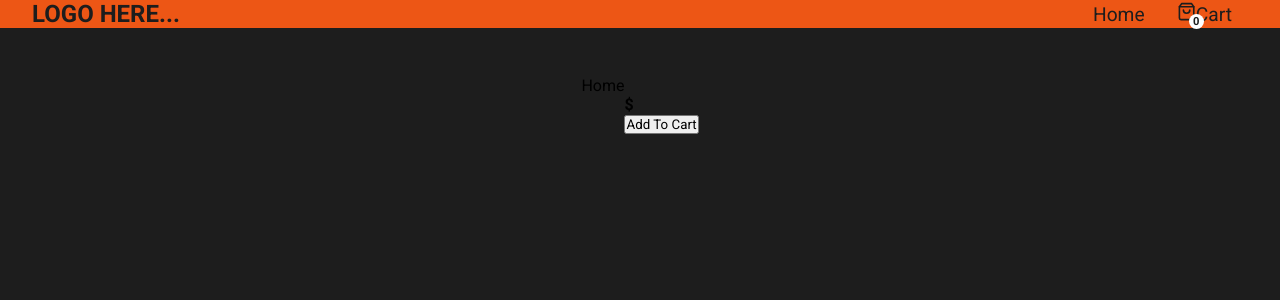
Repository: suraj-yadav7/eCommerce-Cart-React
Page: /
An editor plug-in stored every save of this project. The page is shown before and after a run of saves, followed by the edit.
The browser window is 1280 px wide. The pictures show the whole page.
The project was rebuilt for these pictures with package versions that can differ from the ones it lists, and the page was loaded fresh each time.

Above is the page before, as saved 2023-03-25 20:56:14.

### src/App.js
import "./styles/app.scss";
import { BrowserRouter as Router,Routes, Route} from "react-router-dom";
import Header from "./Components/Header"
import Home from "./Components/Home"
function App() {
  return (
<Router>
<Header/>
<Routes>
  <Route path="/" element={<Home/>}/>
</Routes>
</Router>
  );
}

export default App;

### src/styles/app.scss
@import url('https://fonts.googleapis.com/css2?family=Roboto:ital,wght@0,100;0,300;0,400;0,500;0,700;1,700&display=swap');

@import "colors";
@import "header";
@import "home";

*{
    margin:0;
    padding:0;
    box-sizing: border-box;
    text-decoration: none;
    font-family: "Roboto", sans-serif;
}

body{
    background-color: $primary;

}

h1{
    color: $secondary;
}

### src/Components/Header.jsx
import React from 'react'
import { Link } from 'react-router-dom'
import {FiShoppingBag} from "react-icons/fi"

const Header = () => {
  return (
 <>
 <nav>
    <h2>Logo here...</h2>
    <div>
        <Link to={"/"}>Home</Link>
        <Link to={"/cart"}><FiShoppingBag/>Cart
        <p>0</p>
        </Link>
    </div>
 </nav>

 </>
  )
}

export default Header

### src/Components/Home.jsx
import React from 'react'

const Home = () => {
  return (
    <>
    <div className='home'>
    Home
    <ProductCard/>
    </div>

    </>
  )
}

const ProductCard = ({name,id, price, handler, imgSrc})=>(
  <div className='productCard'>
  <img src={imgSrc} alt={name} />
  <p>{name}</p>
  <h4>${price}</h4>
  <button onClick={()=>handler()}>Add To Cart</button>
  </div>

)

export default Home

### src/styles/colors.scss
$primary : rgb(29,29,29);
$primarydark : rgb(18,18,18);
$secondary : rgb(237,86,21);
$secondarydark : rgb(197,72,18);
$tertiary: #ffff;

### src/styles/header.scss
@import "colors";

nav{
    background-color: $secondary;
    display: flex;
    justify-content: space-between;
    padding: 0 2rem;

    >h2{
        text-transform: uppercase;
        color: $primary;
    }
    >div{
        display: flex;
        align-items: center;

    >a{
            color:$primary;
            font-size: 1.2rem;
            margin: 0 1rem;
            transition: all 0.3s;
            &:hover{
                opacity: 0.5;
            }
            >p{
                position:absolute;
                background-color: $tertiary;
                border-radius: 50%;
                width: 15px;
                height: 15px;
                font: 900 0.7rem "Roboto";
                display: grid;
                place-items: center;
                transform: translate(80%, -80%);
            }
        }
    }


}

### src/styles/home.scss
@import "colors";
.home{
    display: flex;
    justify-content: center;
    flex-wrap: wrap;
    padding: 3rem;
}

Loaded but not shown: public/index.html (common file); src/index.js (common file)

After the next 2 saves:
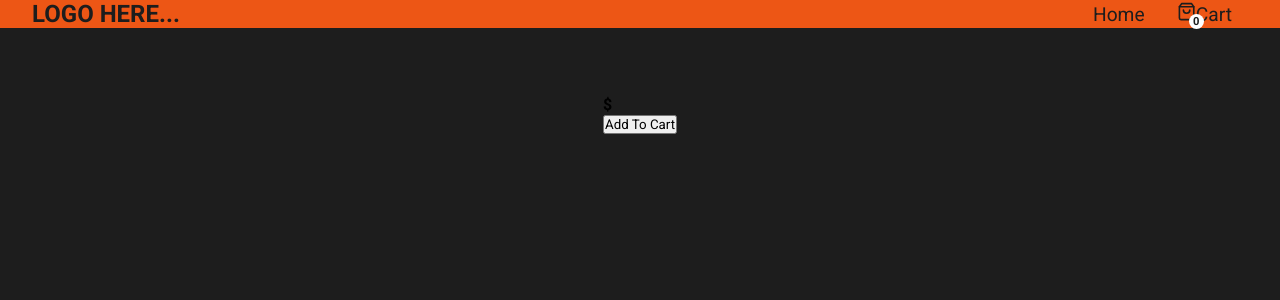
The 2 saves are shown as one change because 1 did not build or start.
The last was saved 7 min 19 s later.
--- a/src/Components/Home.jsx
+++ b/src/Components/Home.jsx
@@ -1,10 +1,34 @@
 import React from 'react'
 
 const Home = () => {
+  const productList = [
+    {
+    name:"macBook",
+    price:50000,
+    imgSrc:'img1',
+    id:"fdsgdsfds4534"
+  },
+  {
+    name:"iphone",
+    price:80000,
+    imgSrc:'img2',
+    id:"fdsgdsfdds4534"
+  },
+  {
+    name:"ipad",
+    price:42999,
+    imgSrc:'img3',
+    id:"hfdafdsgdsfds4534"
+  },
+  ]
   return (
     <>
     <div className='home'>
-    Home
+    {
+      productList.map((i)=>{
+        <ProductCard key={i.key} imgSrc={i.imgSrc} name={i.name} price={i.price} />
+      })
+    }
     <ProductCard/>
     </div>
 
